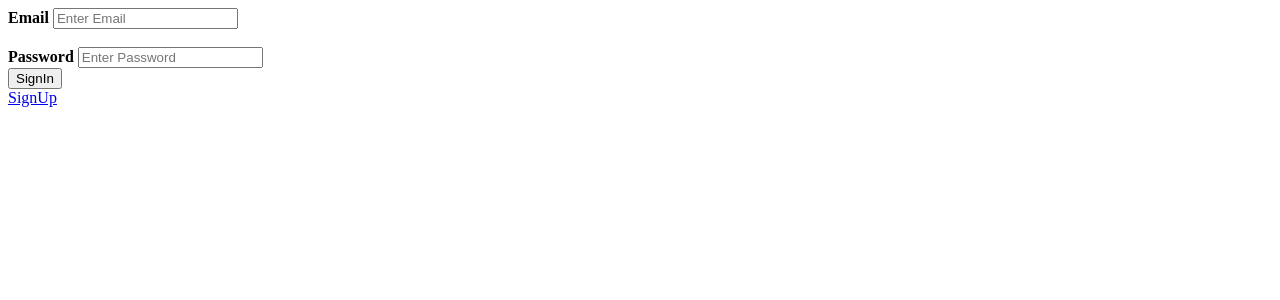
Repository: jagdishpatil18/JavaAdv
Page: LoginServlet/WebContent/login.html
An editor plug-in stored every save of this project. The page is shown before and after the next save, followed by the edit.
The browser window is 1280 px wide. The pictures show the whole page.

Above is the page before, as saved 2017-04-26 12:08:54.

After the next save:
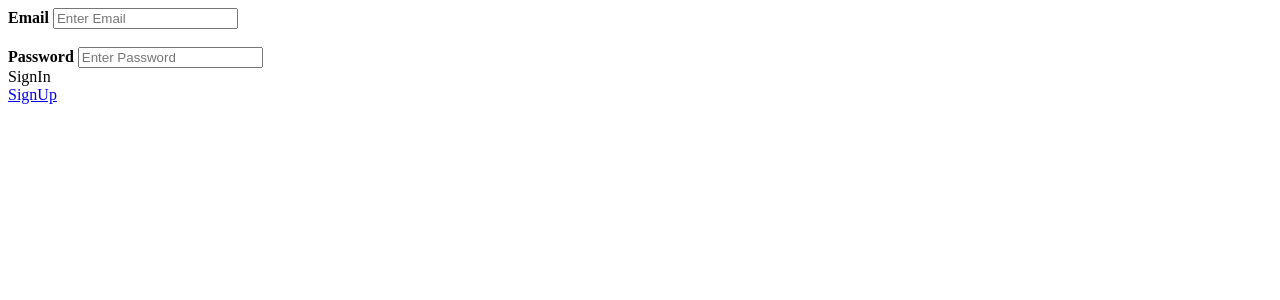
Saved 2 min 37 s later.
--- a/LoginServlet/WebContent/login.html
+++ b/LoginServlet/WebContent/login.html
@@ -12,7 +12,7 @@
 <input type="text" placeholder="Enter Email" name="email"><br></br>
 <label><b>Password</b></label>
 <input type="password" placeholder="Enter Password" name="password"> <br>
-<button>SignIn</button><br>
+<label>SignIn</label><br>
 
 <label><a href="signup.html">SignUp</a></label>
 </form>
